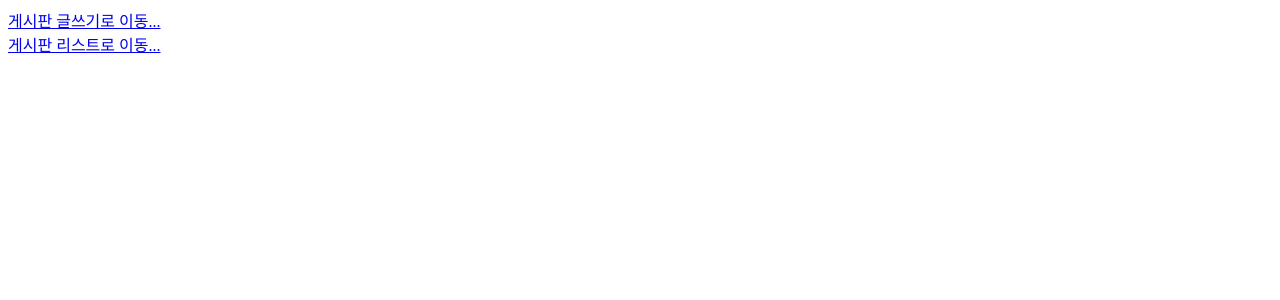
Repository: Leesunghoon1/pjthome
Page: http://localhost/jsp_pjt/
An editor plug-in stored every save of this project. The page is shown before and after the next save, followed by the edit.
The browser window is 1280 px wide. The pictures show the whole page.
The page is served by Tomcat 9.

Above is the page before, as saved 2023-09-21 07:47:38.

After the next save:
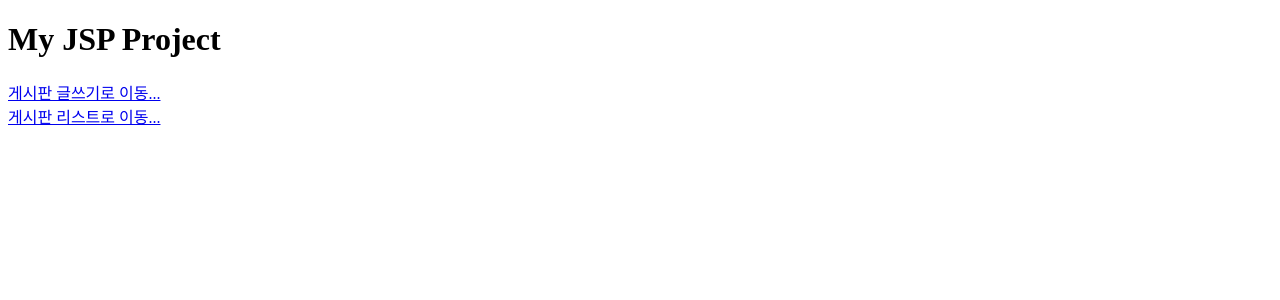
Saved 77 s later.
--- a/jsp_pjt-main/jsp_pjt/src/main/webapp/index.jsp
+++ b/jsp_pjt-main/jsp_pjt/src/main/webapp/index.jsp
@@ -9,7 +9,7 @@
 <title>Insert title here</title>
 </head>
 <body>
-
+<h1>My JSP Project</h1>
 	<a href="/brd/register">게시판 글쓰기로 이동...</a>
 	<br>
 	<a href="/brd/pageList">게시판 리스트로 이동...</a>
